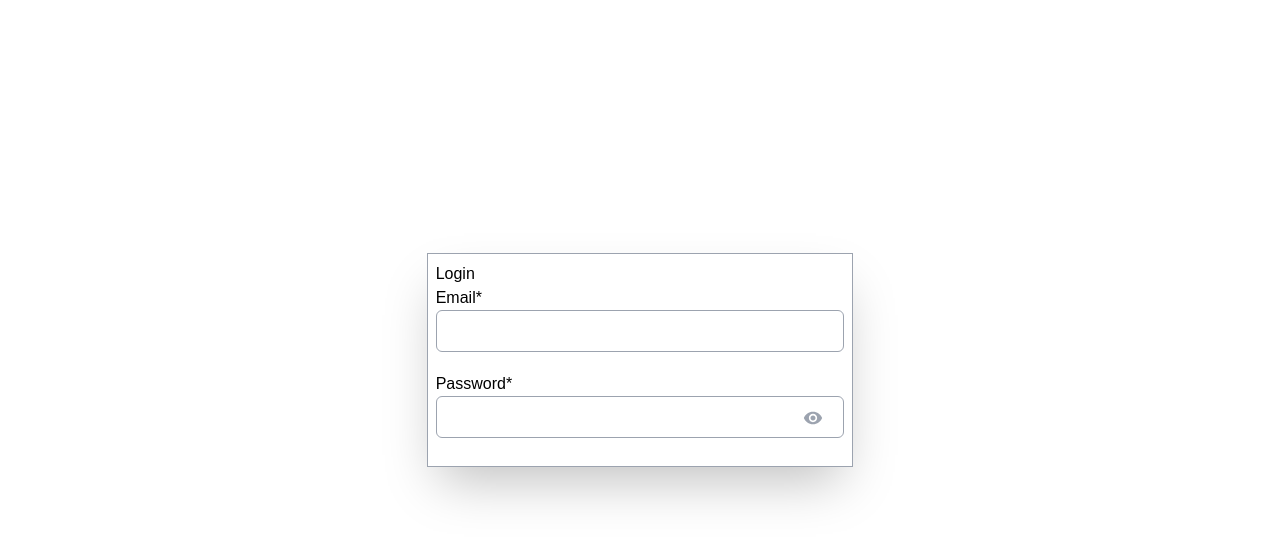
Repository: Qu4ntumGuy/support-ai
Page: /auth (app in frontend/)
The author's editor kept a copy of each file at every save. The page is drawn from the files as they stood at one save, then again after the next save.
The browser window is 1280 px wide. The pictures show the whole page.
The project was rebuilt for these pictures with package versions that can differ from the ones it lists, and the page was loaded fresh each time.

Above is the page before, as saved 2024-07-13 18:43:31.

### frontend/src/index.css
@tailwind base;
@tailwind components;
@tailwind utilities;

@import url("https://fonts.googleapis.com/css2?family=Poppins:ital,wght@0,100;0,200;0,300;0,400;0,500;0,600;0,700;0,800;0,900;1,100;1,200;1,300;1,400;1,500;1,600;1,700;1,800;1,900&display=swap");

:root {
  font-family: "Poppins", sans-serif;
  color-scheme: light;
}

### frontend/src/App.js
import React, { Suspense } from "react";
import { Route, Routes } from "react-router-dom";
import { BrowserRouter } from "react-router-dom";

const Home = React.lazy(() => import("./Pages/Home/Home"));
const Auth = React.lazy(() => import("./Pages/Auth/Auth"));

function App() {
  return (
    <>
      <BrowserRouter>
        <Suspense fallback={<div>Loading...</div>}>
          <Routes>
            <Route path="/" exact element={<Home />} />
            <Route path="/auth" exact element={<Auth />} />
          </Routes>
        </Suspense>
      </BrowserRouter>
    </>
  );
}

export default App;

### frontend/src/Pages/Auth/Auth.js
import React from "react";
import { Link } from "react-router-dom";
import VisibilityIcon from "@mui/icons-material/Visibility";
import VisibilityOffIcon from "@mui/icons-material/VisibilityOff";

function Auth() {
  const [email, setEmail] = React.useState("");
  const [password, setPass] = React.useState("");
  const [showPassword, setShowPassword] = React.useState(false);
  const [loading, setLoading] = React.useState(false);

  const loginHandler = async (e) => {
    e.preventDefault();
    setLoading(true);
    const res = await fetch("http://localhost:8000/api/login", {
      method: "POST",
      headers: {
        "Content-Type": "application/json",
      },
      body: JSON.stringify({ email, password }),
    });
    const data = await res.json();
    console.log(data);
    setLoading(false);
  };

  return (
    <div className="flex h-screen justify-center items-center">
      <div className="border border-gray-400 p-2 w-full m-5 shadow-2xl xl:w-1/3 2xl:w-1/4">
        <div>Login</div>
        <div>
          <form>
            <div>
              <label>Email*</label>
              <input
                type="text"
                className=" hover:border-gray-500 border bg-inherit focus:outline-none  border-gray-400 w-full p-[2%] rounded-md mb-5"
                name="email"
                required
                onChange={(e) => setEmail(e.target.value)}
                value={email}
              />
            </div>
            <div>
              <label>Password*</label>
              <div className="flex border hover:border-gray-500 focus:outline-none  border-gray-400 w-full p-[2%] rounded-md mb-5 ">
                <input
                  type={showPassword ? "text" : "password"}
                  className="focus:outline-none w-11/12 bg-inherit"
                  name="password"
                  required
                  onChange={(e) => setPass(e.target.value)}
                  value={password}
                />
                <div
                  onClick={() => setShowPassword(!showPassword)}
                  className="w-1/12 cursor-pointer text-gray-400"
                >
                  {showPassword ? (
                    <VisibilityOffIcon fontSize="small" />
                  ) : (
                    <VisibilityIcon fontSize="small" />
                  )}
                </div>
              </div>
            </div>
          </form>
        </div>
      </div>
    </div>
  );
}

export default Auth;

Loaded but not shown: frontend/public/index.html (common file); frontend/src/index.js (common file); frontend/src/reportWebVitals.js (common file); frontend/tailwind.config.js (common file)

After the next save:
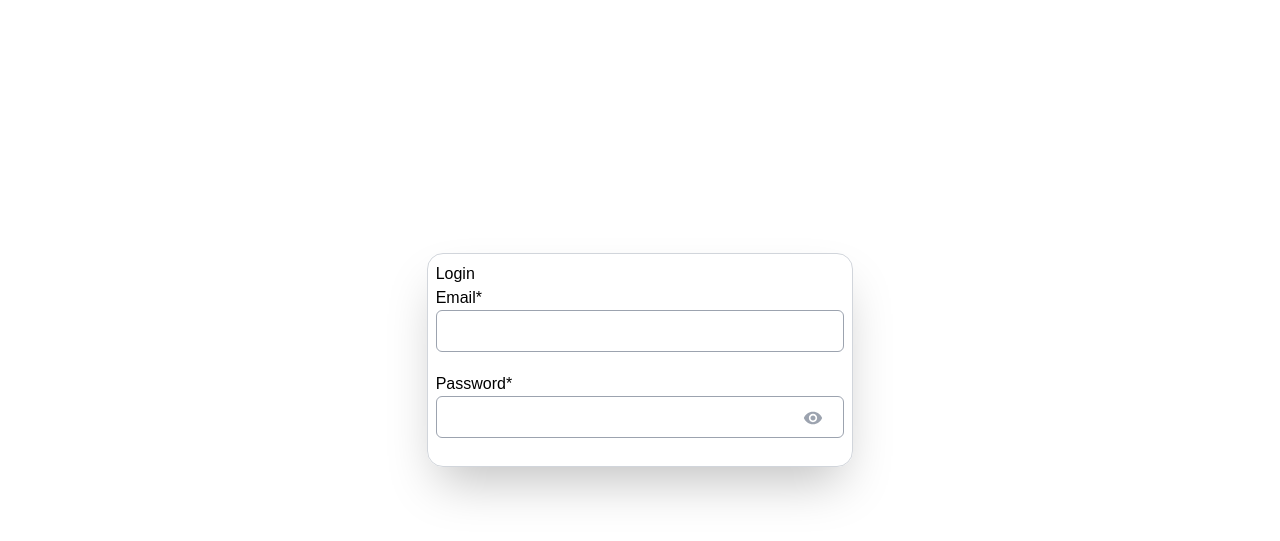
Saved 9 s later.
--- a/frontend/src/Pages/Auth/Auth.js
+++ b/frontend/src/Pages/Auth/Auth.js
@@ -26,7 +26,7 @@ function Auth() {
 
   return (
     <div className="flex h-screen justify-center items-center">
-      <div className="border border-gray-400 p-2 w-full m-5 shadow-2xl xl:w-1/3 2xl:w-1/4">
+      <div className="border border-gray-300 rounded-2xl p-2 w-full m-5 shadow-2xl xl:w-1/3 2xl:w-1/4">
         <div>Login</div>
         <div>
           <form>
